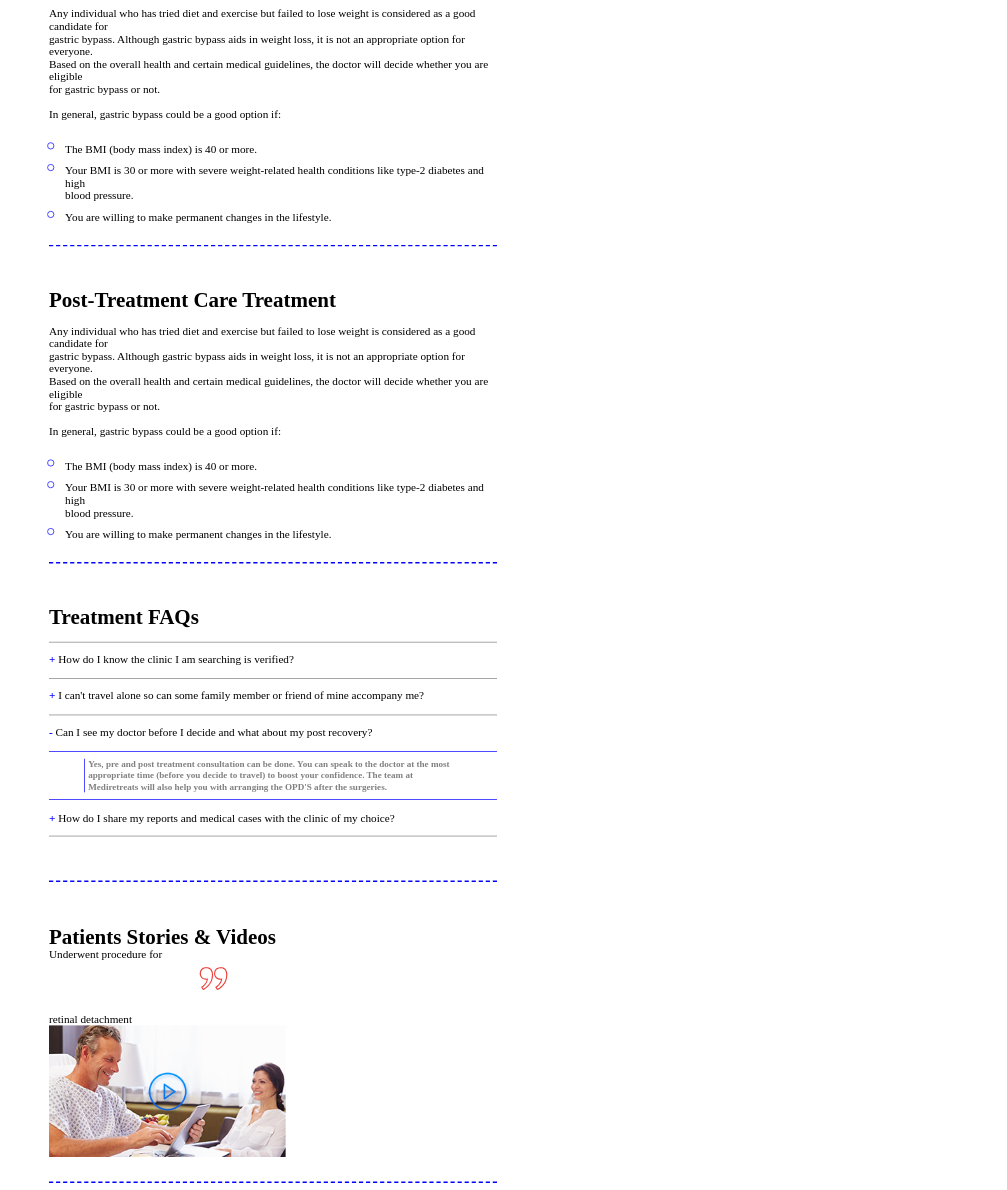
Repository: hetuk2005/webDevelopment
Page: Projects/Aafiya.html
An editor plug-in stored every save of this project. The page is shown before and after the next save, followed by the edit.
The browser window is 1280 px wide. The page is 1438 px wide, so the pictures cover 1438 px, including what lies to the right of the window. The pictures show the part of the page from y = 2797 to 4517 px (the page is 4497 px tall before and 4517 px after), at 70% of full size.

Above is the page before, as saved 2025-04-08 10:24:50.

### Projects/Aafiya.html
<!DOCTYPE html>
<html lang="en">

<head>
    <meta charset="UTF-8" />
    <meta name="viewport" content="width=device-width, initial-scale=1.0" />
    <title>Hetuk</title>
    <link rel="stylesheet" href="./CSS/Aafiya.css" />
</head>

<body>
    <nav>
        <div class="child1">
            <div class="images">
                <img src="./Images/Aafiya Logo.svg" alt="Aafiya Logo" class="img1" /><br />
                <img src="./Images/Logo 2.png" alt="Logo" class="img2" />
            </div>
            <div class="image_text">
                <div class="book_text">
                    <img src="./Images/Book.svg" alt="Book" class="img3" />
                    <div class="grid">
                        <br />
                        <p class="text">Second Medical Option</p>
                        <p class="text1">Book Consultation</p>
                    </div>
                </div>
                <div class="call_text">
                    <img src="./Images/Call.svg" alt="Call" class="img4" /><br />
                    <div class="grid">
                        <br />
                        <p class="text">Call Us On</p>
                        <p class="text1">985 896 2222</p>
                    </div>
                </div>
                <div class="mail_text">
                    <img src="./Images/Mail.png" alt="Mail" class="img5" />
                    <div class="grid">
                        <br />
                        <p class="text">Email Us On</p>
                        <p class="text1">info@mediretreats.com</p>
                    </div>
                </div>
                <div class="India">
                    <img src="./Images/India.svg" alt="India Flag" class="img6" />
                    <img src="./Images/Dropdown Arrow.svg" alt="Dropdown Arrow" class="img7" />
                </div>
            </div>
        </div>
        <div class="child2">
            <ul>
                <li>Home</li>
                <li>About Us</li>
                <li>Treatments +</li>
                <li>Destinations +</li>
                <li>Hospitals</li>
                <li>FAQs</li>
                <li>Blog</li>
                <li>Request A Quote</li>
            </ul>
            <input type="search" placeholder="Search" />
        </div>
    </nav>
    <div class="home_img">
        <div class="home_child">
            <p class="home_content">Home</p>
            <span> > </span>
            <p class="home_content">Treatments</p>
            <span> > </span>
            <p class="home_content">Orthopaedics</p>
            <span> > </span>
            <p class="home_content">Knee Replacement</p>
        </div>
        <br />
        <h3>Total Knee Replacement</h3>
        <p class="home_description">
            Total knee replacement is a surgery to remove and replace the whole<br /> damaged knee joint with an artificial joint.
        </p>
        <br />
        <button class="enquire_now">Enquire Now</button>
    </div>
    <div class="nav2">
        <ul>
            <li class="list">Overview</li>
            <li>Eligibility</li>
            <li>Preparation</li>
            <li>About Treatment</li>
            <li>Post-Treatment Care</li>
            <li>Recovery Tips</li>
            <li>FAQs</li>
            <li>Patients Stories</li>
        </ul>
    </div>
    <div class="treatment_overview">
        <div class="treatment_text">
            <h3>Treatment Overview</h3>
            <br />
            <p>
                Lorem ipsum dolor sit amet consectetur adipisicing elit.<br /> Earum, culpa vel debitis incidunt non quis.
            </p>
            <br />
            <p>
                Lorem ipsum dolor sit amet consectetur adipisicing elit.<br /> aliquam repudiandae, corporis consectetur dolorem eum.<br /> facilis quasi, praesentium inventore expedita quo hic.
            </p>
            <br />
            <p>
                Lorem ipsum dolor sit amet culpa vel debitis<br /> consectetur, adipisicing elit. Adipisci, nemo.
            </p>
            <br />
        </div>
        <div class="treatment_img">
            <img src="./Images/treatment_overview (1).jpg" alt="Image" />
        </div>
    </div>
    <div class="eligibility_for_treatment">
        <div class="eligibility_text">
            <h3>Eligibility For Treatment</h3>
            <br />
            <p>
                Any individual who has tried diet and exercise but failed to lose weight is considered as a good candidate for<br /> gastric bypass. Although gastric bypass aids in weight loss, it is not an appropriate option for everyone.<br /> Based
                on the overall health and certain medical guidelines, the doctor will decide whether you are eligible<br /> for gastric bypass or not.
            </p>
            <br />
            <p>In general, gastric bypass could be a good option if:</p>
            <br />
            <ul>
                <li>The BMI (body mass index) is 40 or more.</li>
                <li>
                    Your BMI is 30 or more with severe weight-related health conditions like type-2 diabetes and high<br /> blood pressure.
                </li>
                <li>You are willing to make permanent changes in the lifestyle.</li>
            </ul>
        </div>
        <br /><br /><br />
        <div class="eligibility_form">
            <h3>Need Help?</h3>
            <br />
            <p>
                Just let us know. We will be happy to<br /> assist you.
            </p>
            <br /><br />
            <form>
                <input type="text" placeholder="Full Name" /><br /><br />
                <input type="email" placeholder="Email" /><br /><br />
                <input type="tel" placeholder="Phone Number" /><br /><br />
                <input type="textarea" placeholder="Describe Your Treatment Requirement" class="textarea" /><br /><br />
                <button class="Enquiry">Send Enquiry</button>
            </form>
        </div>
    </div>
    <div class="preparation_of_treatment">
        <h3>Preparation Of Treatment</h3>
        <br />
        <p>
            Any individual who has tried diet and exercise but failed to lose weight is considered as a good candidate for<br /> gastric bypass. Although gastric bypass aids in weight loss, it is not an appropriate option for everyone.<br /> Based on
            the overall health and certain medical guidelines, the doctor will decide whether you are eligible<br /> for gastric bypass or not.
        </p>
        <br />
        <p>In general, gastric bypass could be a good option if:</p>
        <br />
        <ul>
            <li>The BMI (body mass index) is 40 or more.</li>
            <li>
                Your BMI is 30 or more with severe weight-related health conditions like type-2 diabetes and high<br /> blood pressure.
            </li>
            <li>You are willing to make permanent changes in the lifestyle.</li>
        </ul>
    </div>
    <div class="about_treatment">
        <h3>About Treatment</h3>
        <br />
        <p>
            Any individual who has tried diet and exercise but failed to lose weight is considered as a good candidate for<br /> gastric bypass. Although gastric bypass aids in weight loss, it is not an appropriate option for everyone.<br /> Based on
            the overall health and certain medical guidelines, the doctor will decide whether you are eligible<br /> for gastric bypass or not.
        </p>
        <br />
        <p>In general, gastric bypass could be a good option if:</p>
        <br />
        <ul>
            <li>The BMI (body mass index) is 40 or more.</li>
            <li>
                Your BMI is 30 or more with severe weight-related health conditions like type-2 diabetes and high<br /> blood pressure.
            </li>
            <li>You are willing to make permanent changes in the lifestyle.</li>
        </ul>
    </div>
    <div class="post_treatment">
        <h3>Post-Treatment Care Treatment</h3>
        <br />
        <p>
            Any individual who has tried diet and exercise but failed to lose weight is considered as a good candidate for<br /> gastric bypass. Although gastric bypass aids in weight loss, it is not an appropriate option for everyone.<br /> Based on
            the overall health and certain medical guidelines, the doctor will decide whether you are eligible<br /> for gastric bypass or not.
        </p>
        <br />
        <p>In general, gastric bypass could be a good option if:</p>
        <br />
        <ul>
            <li>The BMI (body mass index) is 40 or more.</li>
            <li>
                Your BMI is 30 or more with severe weight-related health conditions like type-2 diabetes and high<br /> blood pressure.
            </li>
            <li>You are willing to make permanent changes in the lifestyle.</li>
        </ul>
    </div>
    <div class="treatment_recovery">
        <h3>Post-Treatment Care Treatment</h3>
        <br />
        <p>
            Any individual who has tried diet and exercise but failed to lose weight is considered as a good candidate for<br /> gastric bypass. Although gastric bypass aids in weight loss, it is not an appropriate option for everyone.<br /> Based on
            the overall health and certain medical guidelines, the doctor will decide whether you are eligible<br /> for gastric bypass or not.
        </p>
        <br />
        <p>In general, gastric bypass could be a good option if:</p>
        <br />
        <ul>
            <li>The BMI (body mass index) is 40 or more.</li>
            <li>
                Your BMI is 30 or more with severe weight-related health conditions like type-2 diabetes and high<br /> blood pressure.
            </li>
            <li>You are willing to make permanent changes in the lifestyle.</li>
        </ul>
    </div>
    <div class="treatment_faqs">
        <h3>Treatment FAQs</h3>
        <br />
        <p>How do I know the clinic I am searching is verified?</p>
        <br />
        <p>
            I can't travel alone so can some family member or friend of mine accompany me?
        </p>
        <br />
        <p class="answered">
            Can I see my doctor before I decide and what about my post recovery?
        </p>
        <br />
        <p class="answer">
            <span class="left">
          Yes, pre and post treatment consultation can be done. You can speak to
          the doctor at the most<br />
          appropriate time (before you decide to travel) to boost your
          confidence. The team at<br />
          Mediretreats will also help you with arranging the OPD'S after the
          surgeries.
        </span>
        </p>
        <br />
        <a class="bottom">
        How do I share my reports and medical cases with the clinic of my
        choice?
      </a>
        <br />
    </div>
    <div class="patient_stories">
        <h3>Patients Stories & Videos</h3>
        <div class="stories_img">
            <p class="stories_text">Underwent procedure for</p> <img src="./Images/Quotes.svg" alt="Quotes" class="quotes">
            <p class="stories_text">retinal detachment</p>
            <img src="./Images/Patient_Stories.png" alt="Image Of Patient" class="patients" />
        </div>
    </div>
</body>

</html>

### Projects/CSS/Aafiya.css
* {
    margin: 0;
    padding: 0;
    box-sizing: border-box;
}

nav {
    width: 100%;
}

.child1 {
    display: flex;
    padding-top: 15px;
    gap: 20px;
    /* height: 50vh; */
    /* border: 1px solid black; */
    justify-content: space-evenly;
    align-items: center;
}

.img3,
.img4,
.img5 {
    height: 60px;
    width: 60px;
    padding-top: 10px;
    object-fit: contain;
}

.book_text,
.call_text,
.mail_text {
    display: flex;
    width: 250px;
    /* border: 1px solid red; */
    justify-content: center;
    padding-bottom: 15px;
}

.grid {
    display: grid;
    text-align: left;
    padding-left: 10px;
}

.img1 {
    height: 70px;
    width: 300px;
    object-fit: contain;
}

.img2 {
    height: 80px;
    width: 70px;
    object-fit: contain;
}

.image_text {
    display: flex;
    gap: 20px;
    padding-right: 50px;
}

.images {
    display: flex;
    gap: 25px;
    padding-left: 50px;
    justify-content: center;
    align-items: center;
}

.text1 {
    font-weight: bolder;
    font-size: 15px;
}

.text {
    font-weight: bold;
    color: gray;
    font-size: 15px;
}

.India {
    display: flex;
    padding-left: 5px;
    justify-content: center;
    gap: 8px;
}

.India>.img6 {
    height: 50px;
    /* width: 50px; */
    padding-top: 10px;
    object-fit: contain;
}

.India>.img7 {
    height: 40px;
    /* width: 40px; */
    padding-top: 23px;
    object-fit: contain;
}

.child2 {
    display: flex;
    padding-top: 10px;
    /* border: 1px solid black; */
    justify-content: space-evenly;
    align-items: center;
    color: white;
    padding-bottom: 10px;
    background-color: rgb(125, 163, 244);
}

.child2>ul {
    list-style-type: none;
    display: flex;
    gap: 60px;
    justify-content: center;
    font-weight: bold;
    align-items: center;
    font-size: larger;
    padding-right: 60px;
}

.child2>input {
    height: 45px;
    background-color: rgb(125, 163, 244);
    width: 200px;
    padding-left: 10px;
    font-weight: bold;
    border: 2px solid black;
}

.child2>input::placeholder {
    color: white;
    text-align: center;
    font-size: large;
    font-weight: bolder;
    opacity: 0.8;
}

.home_img {
    background-image: url(../Images/Main\ Image.jpg);
    background-position: center center;
    background-size: cover;
    background-repeat: no-repeat;
    padding: 80px 0;
    padding-left: 70px;
    position: relative;
    color: white;
}

.home_img>.home_child {
    display: flex;
    gap: 20px;
}

.home_img>.home_child>.home_content,
span {
    font-size: 20px;
    font-weight: bold;
}

.home_img>h3 {
    font-size: 37px;
    font-weight: bolder;
    margin-bottom: 15px;
}

.home_img>.home_description {
    font-size: 19px;
    margin-bottom: 25px;
    font-weight: bold;
}

.home_img>.home_child>span {
    color: red;
}

.home_img>.enquire_now {
    background-color: #1da1f2;
    font-weight: bold;
    color: white;
    font-size: 17px;
    width: 170px;
    height: 40px;
}

.nav2>ul {
    list-style-type: none;
    display: flex;
    gap: 50px;
    padding-left: 60px;
    padding-top: 25px;
    padding-bottom: 20px;
    border-bottom: 2px solid gray;
    font-size: larger;
    font-weight: 300;
}

.nav2>ul>.list:hover {
    text-decoration: underline;
}

.treatment_overview {
    display: flex;
    width: 100%;
    gap: 50px;
    margin-bottom: 10px;
    border-bottom: 2px dashed blue;
    margin-left: 70px;
}

.treatment_overview>.treatment_text {
    padding-top: 67px;
    padding-bottom: 50px;
}

.treatment_overview>.treatment_text>p {
    font-size: 25px;
    padding-bottom: 25px;
}

.treatment_overview>.treatment_text>h3 {
    font-weight: bold;
    font-size: 30px;
}

.treatment_overview>.treatment_img>img {
    height: 480px;
    width: 700px;
    padding-top: 40px;
    padding-bottom: 40px;
    object-fit: contain;
    margin-right: 70px;
}

.eligibility_for_treatment {
    display: flex;
    width: 100%;
    gap: 80px;
    padding-top: 50px;
    margin-left: 70px;
}

.eligibility_for_treatment>.eligibility_text {
    border-bottom: 2px dashed blue;
}

.eligibility_for_treatment>.eligibility_text>h3 {
    font-size: 30px;
    font-weight: bold;
}

.eligibility_for_treatment>.eligibility_text>ul {
    list-style-type: circle;
    padding-left: 23px;
}

.eligibility_for_treatment>.eligibility_text>ul>li::marker {
    color: blue;
    font-size: 30px;
    font-weight: bold;
}

.eligibility_for_treatment>.eligibility_form>h3 {
    font-size: 35px;
    color: blue;
    font-weight: bold;
    font-style: italic;
}

.eligibility_form {
    box-shadow: 0 0 10px rgba(0, 0, 0, 0.4);
    border-radius: 7px;
    padding: 20px;
}

.eligibility_for_treatment>.eligibility_form>p {
    font-size: 20px;
}

.eligibility_for_treatment>.eligibility_form>form>input {
    height: 40px;
    width: 300px;
    gap: 20px;
    border: 2px solid black;
    border-radius: 7px;
}

.eligibility_for_treatment>.eligibility_form>form>input::placeholder {
    color: gray;
    padding-left: 15px;
}

.eligibility_for_treatment>.eligibility_form>form>.textarea {
    height: 100px;
    width: 300px;
    border: 2px solid black;
    border-radius: 7px;
}


/*.eligibility_for_treatment>.eligibility_form>form>.textarea::placeholder {
    padding-bottom: 70px;
}*/

.eligibility_for_treatment>.eligibility_form>form>button {
    background: linear-gradient(to right, #00aaff, #66ccff);
    color: white;
    width: 100%;
    border-radius: 7px;
    border: none;
    height: 45px;
}

.preparation_of_treatment>h3 {
    font-size: 30px;
    font-weight: bold;
}

.preparation_of_treatment {
    border-bottom: 2px dashed blue;
    margin-bottom: 10px;
    padding-bottom: 30px;
    gap: 50px;
    padding-top: 50px;
    margin-left: 70px;
    width: 50%;
}

.preparation_of_treatment>ul {
    list-style-type: circle;
    padding-left: 23px;
}

.preparation_of_treatment>ul>li::marker {
    color: blue;
    font-size: 30px;
    font-weight: bold;
}

.about_treatment {
    border-bottom: 2px dashed blue;
    margin-bottom: 10px;
    padding-bottom: 30px;
    gap: 50px;
    padding-top: 50px;
    margin-left: 70px;
    width: 50%;
}

.about_treatment>ul {
    list-style-type: circle;
    padding-left: 23px;
}

.about_treatment>ul>li::marker {
    color: blue;
    font-size: 30px;
    font-weight: bold;
}

.about_treatment>h3 {
    font-size: 30px;
    font-weight: bold;
}

.post_treatment {
    border-bottom: 2px dashed blue;
    margin-bottom: 10px;
    padding-bottom: 30px;
    gap: 50px;
    padding-top: 50px;
    margin-left: 70px;
    width: 50%;
}

.post_treatment>ul {
    list-style-type: circle;
    padding-left: 23px;
}

.post_treatment>ul>li::marker {
    color: blue;
    font-size: 30px;
    font-weight: bold;
}

.post_treatment>h3 {
    font-size: 30px;
    font-weight: bold;
}

.treatment_recovery {
    border-bottom: 2px dashed blue;
    margin-bottom: 10px;
    padding-bottom: 30px;
    gap: 50px;
    padding-top: 50px;
    margin-left: 70px;
    width: 50%;
}

.treatment_recovery>ul {
    list-style-type: circle;
    padding-left: 23px;
}

.treatment_recovery>ul>li::marker {
    color: blue;
    font-size: 30px;
    font-weight: bold;
}

.treatment_recovery>h3 {
    font-size: 30px;
    font-weight: bold;
}

.treatment_faqs>h3 {
    font-size: 30px;
    font-weight: bold;
}

.treatment_faqs {
    border-bottom: 2px dashed blue;
    padding-bottom: 45px;
    margin-bottom: 11px;
    gap: 50px;
    padding-top: 50px;
    margin-left: 70px;
    width: 50%;
}

.treatment_faqs>p {
    border-top: 1px solid gray;
    padding-top: 15px;
    counter-reset: value;
}

.treatment_faqs>p::before {
    counter-increment: value;
    content: "+  ";
    font-weight: bold;
    color: blue;
}

.treatment_faqs>.answered {
    counter-reset: value;
}

.treatment_faqs>.answered::before {
    counter-increment: value;
    content: "-  ";
    color: blue;
}

.treatment_faqs>.bottom {
    border-bottom: 1px solid gray;
    display: block;
    padding-bottom: 15px;
    counter-reset: value;
}

.treatment_faqs>.bottom::before {
    counter-increment: value;
    content: "+  ";
    font-weight: bold;
    color: blue;
}

.treatment_faqs>.answer {
    border-top: 1px solid blue;
    border-bottom: 1px solid blue;
    padding-left: 50px;
    padding-top: 10px;
    padding-bottom: 10px;
    counter-reset: value;
}

.treatment_faqs>.answer::before {
    counter-increment: value;
    content: "";
    color: blue;
}

.treatment_faqs>.answer>.left {
    border-left: 1px solid blue;
    display: block;
    font-size: small;
    padding-left: 5px;
    color: gray;
}

.patient_stories {
    border-bottom: 2px dashed blue;
    margin-bottom: 10px;
    padding-bottom: 30px;
    gap: 50px;
    padding-top: 50px;
    margin-left: 70px;
    width: 50%;
}

.patient_stories>h3 {
    font-size: 30px;
    font-weight: bold;
}

.patient_stories>.stories_img>.quotes {
    height: 70px;
    width: 70px;
    margin-left: 200px;
    padding-bottom: 20px;
    object-fit: contain;
}

After the next save:
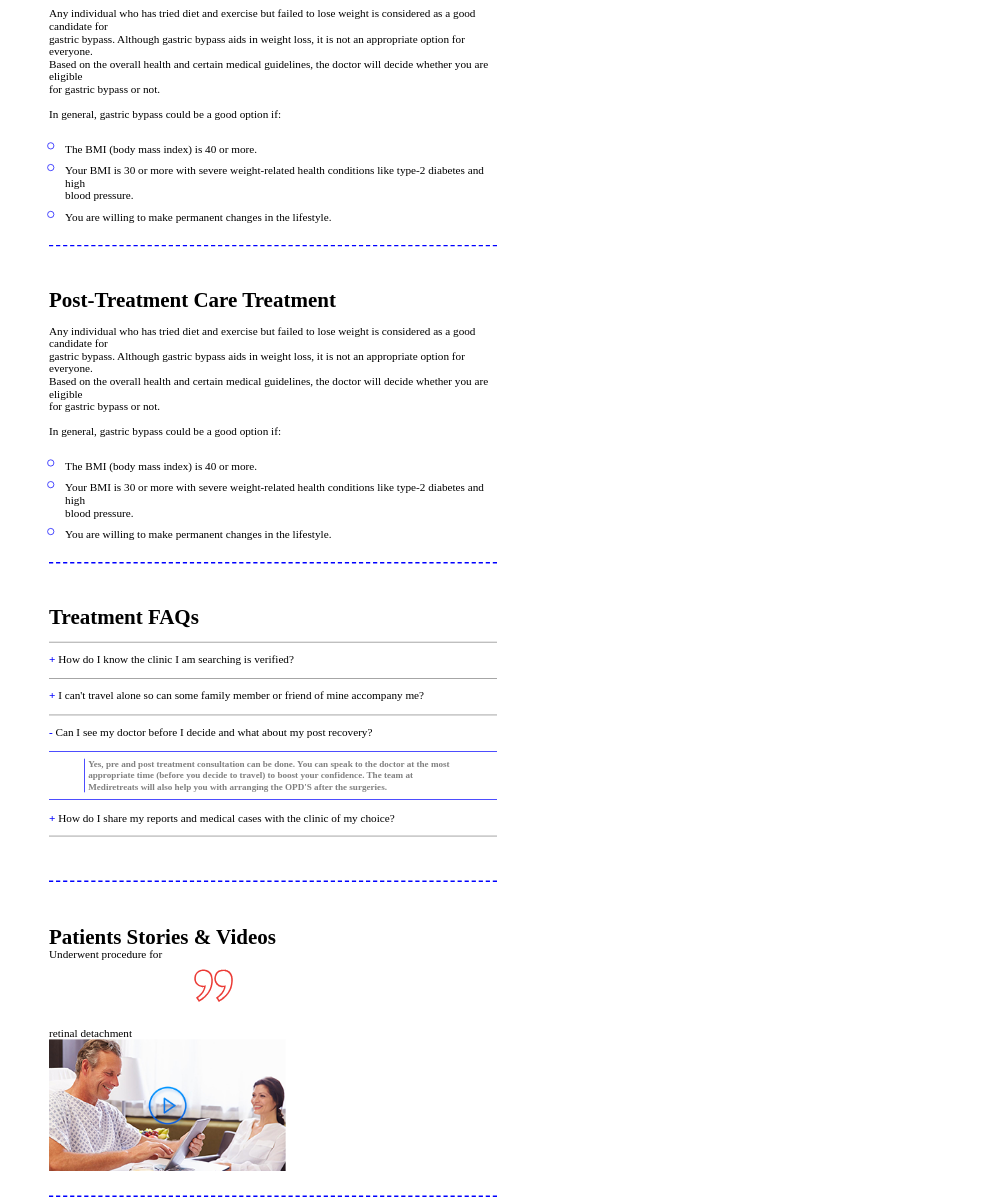
Saved 12 s later.
--- a/Projects/CSS/Aafiya.css
+++ b/Projects/CSS/Aafiya.css
@@ -513,6 +513,6 @@ span {
     height: 70px;
     width: 70px;
     margin-left: 200px;
-    padding-bottom: 20px;
-    object-fit: contain;
-}
+    margin-bottom: 20px;
+    object-fit: contain;
+}
